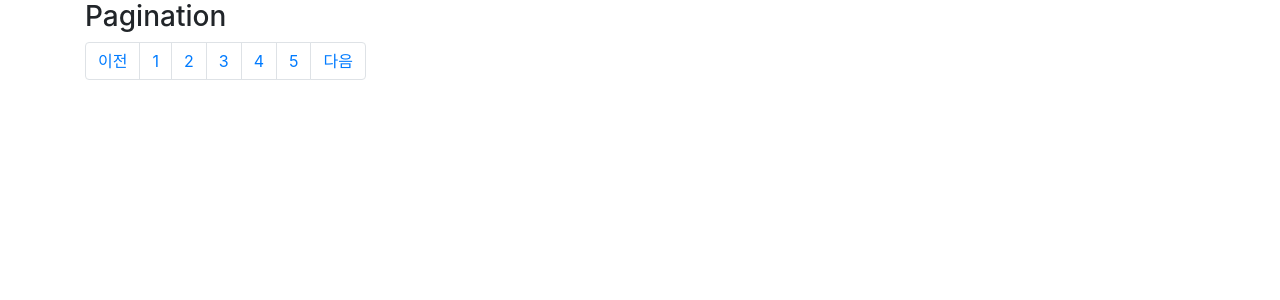
Repository: Junhee1412/front_end_practice
Page: jquery, bootstrap/js05_bootstrap/public/js05_pagination.html
The author's editor kept a copy of each file at every save. The page is drawn from the files as they stood at one save, then again after the next save.
The browser window is 1280 px wide. The pictures show the whole page.

Above is the page before, as saved 2022-11-16 02:21:42.

### jquery, bootstrap/js05_bootstrap/public/js05_pagination.html
<!DOCTYPE html>
<html>
<head>
   <meta charset="UTF-8">
   <meta name="viewport" content="width=device-width, initial-scale=1, minimum-scale=1, maximum-scale=1">
     <link rel="stylesheet" href="https://maxcdn.bootstrapcdn.com/bootstrap/4.5.2/css/bootstrap.min.css">
   <style>
   </style>
     <script src="https://code.jquery.com/jquery-3.6.0.min.js"></script>
     <script src="https://maxcdn.bootstrapcdn.com/bootstrap/4.5.2/js/bootstrap.min.js"></script>
	<script>

	</script>
</head>
<body>
	<div class="container">
		<h3>Pagination</h3>
		<ul class="pagination">
			<li class="page-item"><a href="#" class="page-link">이전</a></li>
			<li class="page-item"><a href="#" class="page-link">1</a></li>
			<li class="page-item"><a href="#" class="page-link">2</a></li>
			<li class="page-item"><a href="#" class="page-link">3</a></li>
			<li class="page-item"><a href="#" class="page-link">4</a></li>
			<li class="page-item"><a href="#" class="page-link">5</a></li>
			<li class="page-item"><a href="#" class="page-link">다음</a></li>
		</ul>
	</div>
</body>
</html>

After the next save:
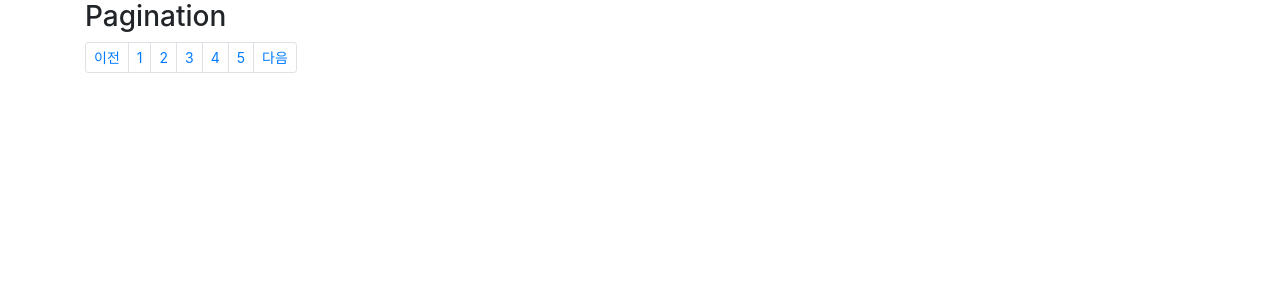
Saved 28 s later.
--- a/jquery, bootstrap/js05_bootstrap/public/js05_pagination.html
+++ b/jquery, bootstrap/js05_bootstrap/public/js05_pagination.html
@@ -15,7 +15,7 @@
 <body>
 	<div class="container">
 		<h3>Pagination</h3>
-		<ul class="pagination">
+		<ul class="pagination pagination-sm">
 			<li class="page-item"><a href="#" class="page-link">이전</a></li>
 			<li class="page-item"><a href="#" class="page-link">1</a></li>
 			<li class="page-item"><a href="#" class="page-link">2</a></li>
